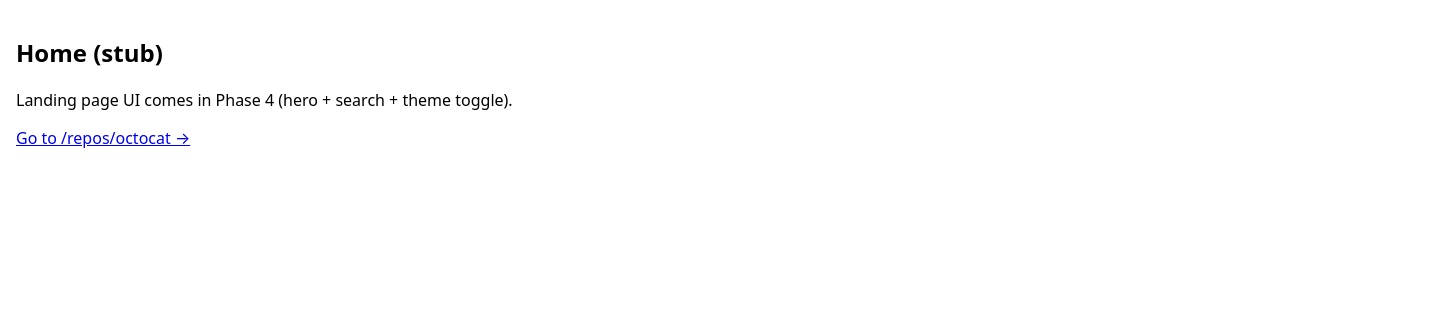
Repository: Tshenolo1994/username-repo
Page: /
The author's editor kept a copy of each file at every save. The page is drawn from the files as they stood at one save, then again after the next save.
The browser window is 1280 px wide. The page is 1280 px wide, then 1434 px, so the pictures cover 1434 px, including what lies to the right of the window. The pictures show the whole page.
The project was rebuilt for these pictures with package versions that can differ from the ones it lists, and the page was loaded fresh each time. Also part of the build but not shown: vite.config.ts, src/views/RepoView.vue.

Above is the page before, as saved 2025-10-26 22:49:07.

After the next save:
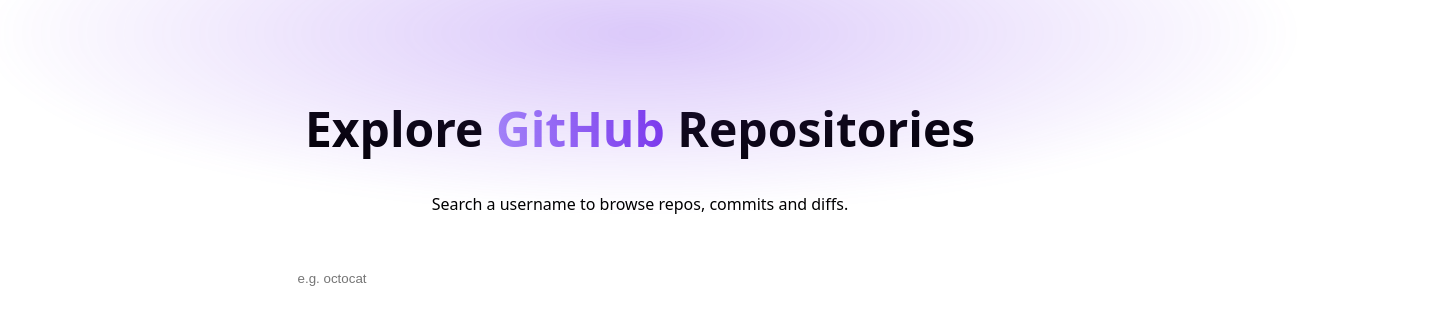
Saved 15 s later.
--- a/src/views/HomeView.vue
+++ b/src/views/HomeView.vue
@@ -1,13 +1,13 @@
 <template>
-    <section style="padding:1rem">
-      <h1>Home (stub)</h1>
-      <p>Landing page UI comes in Phase 4 (hero + search + theme toggle).</p>
-
-
-      <router-link :to="{ name: 'repos', params: { username: 'octocat' } }">
-        Go to /repos/octocat →
-      </router-link>
-    </section>
+    <LandingHero @submit="go" />
   </template>
 
-  <script setup lang="ts"></script>
+  <script setup lang="ts">
+  import { useRouter } from 'vue-router'
+  import LandingHero from '@/components/LandingHero.vue'
+
+  const router = useRouter()
+  function go(username: string) {
+    router.push({ name: 'repos', params: { username } })
+  }
+  </script>
